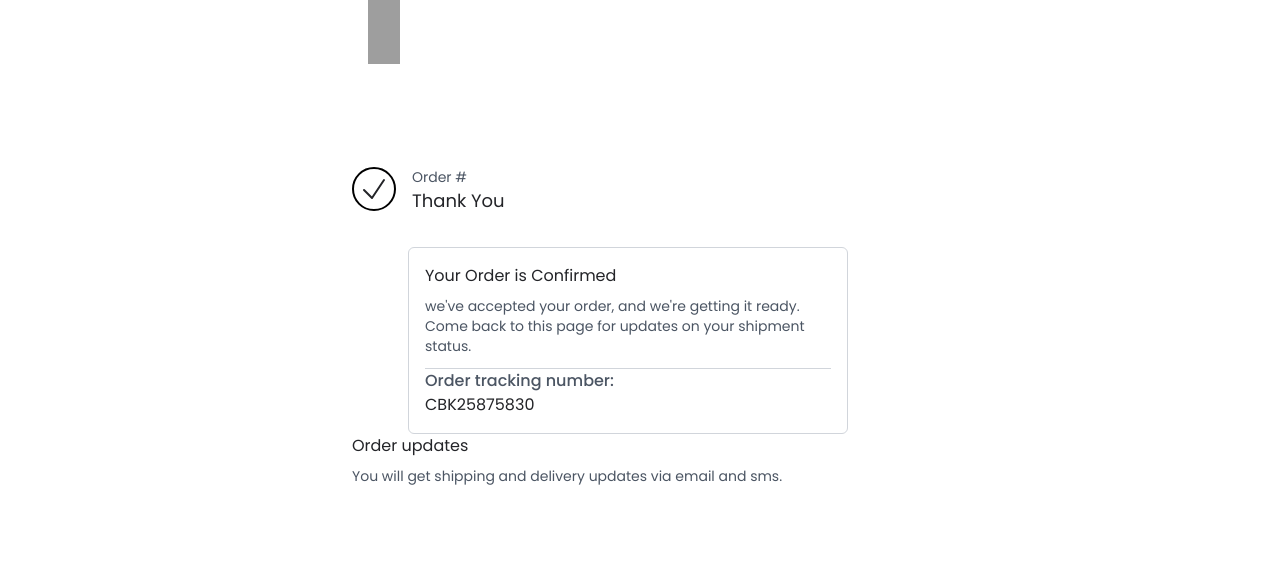
Repository: Deonorla/apple_redesign
Page: /success
These files come from the project's save history. The page is drawn as it stood at one moment and after the next save; the edit follows.
The browser window is 1280 px wide. The pictures show the whole page.
Pictures or frames that could not be fetched are drawn as grey boxes. The project was rebuilt for these pictures with package versions that can differ from the ones it lists, and the page was loaded fresh each time. The framework's server and built-in components were replaced by stand-ins that run in the browser. Also part of the build but not shown: next.config.js.

Above is the page before, as saved 2024-02-06 00:59:05.

After the next save:
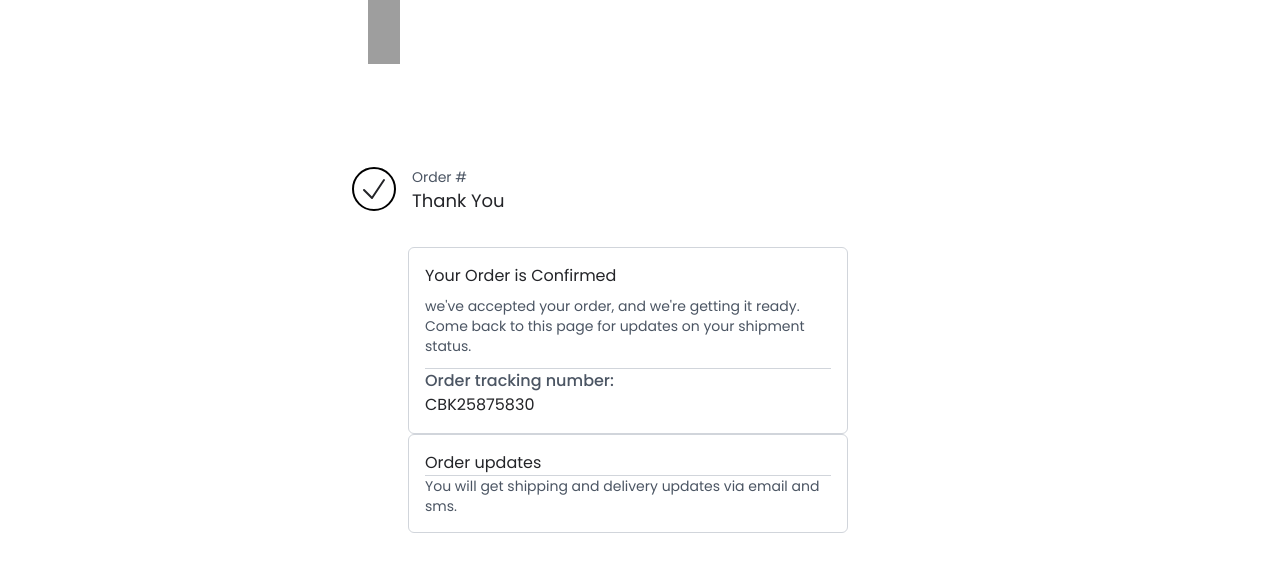
Saved 44 s later.
--- a/pages/success.tsx
+++ b/pages/success.tsx
@@ -58,7 +58,7 @@
               <p>CBK25875830</p>
             </div>
           </div>
-          <div className="space-y-2 pb-3">
+          <div className="mx-4 divide-y divide-gray-300 rounded-md border border-gray-300 p-4 lg:ml-14">
             <p> Order updates</p>
             <p className="text-sm text-gray-600">
               You will get shipping and delivery updates via email and sms.
